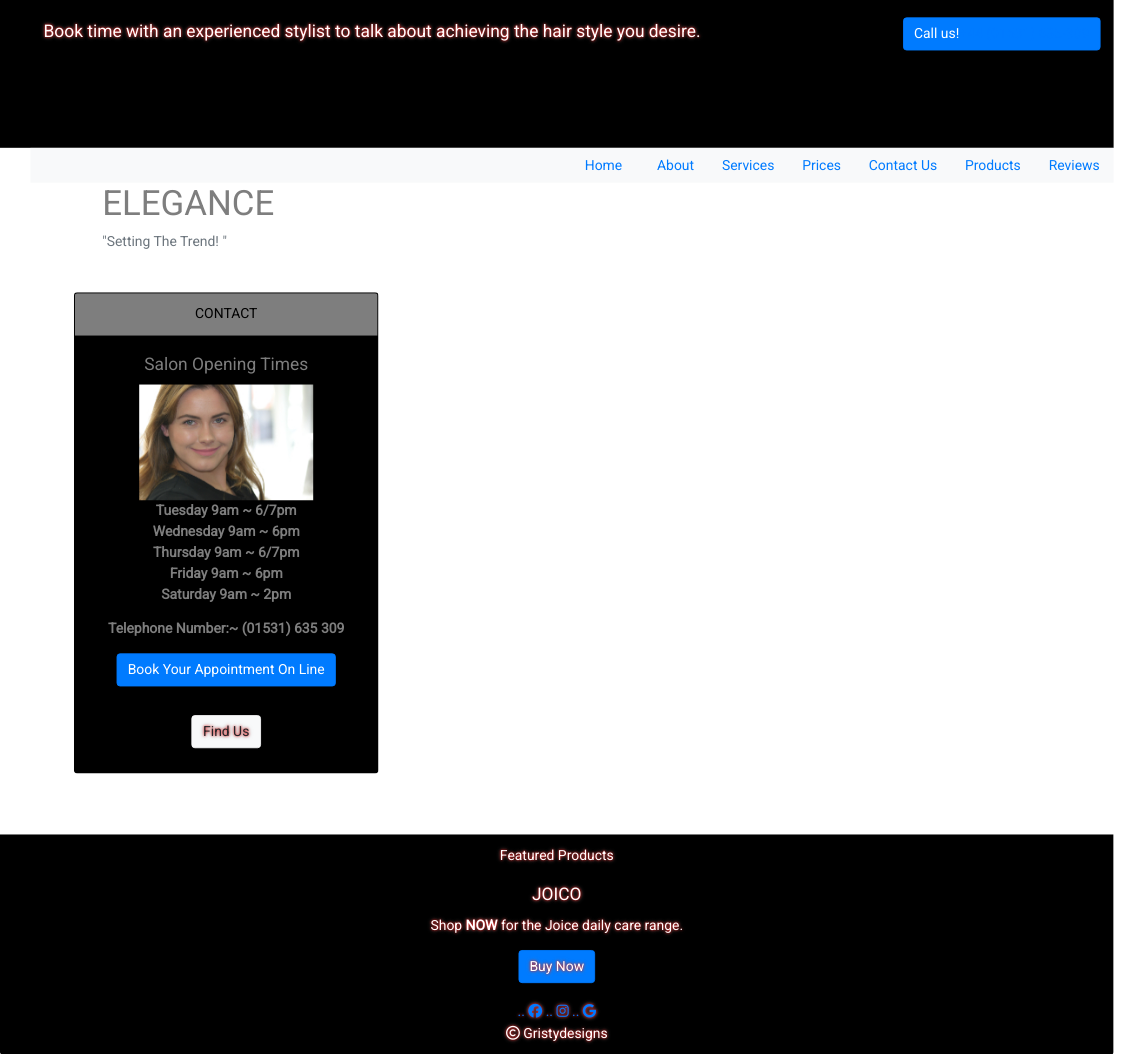
Repository: Gristydesigns/elegance-salon
Page: contact.html
The author's editor kept a record of every edit. The page is drawn from the files as they stood at one moment, then again after the next edit.
The browser window is 1280 px wide. The page is 1295 px wide, so the pictures cover 1295 px, including what lies to the right of the window. The pictures show the whole page, at 87% of full size.
Some web libraries are served in a nearby version.

Above is the page before.

After the next edit:
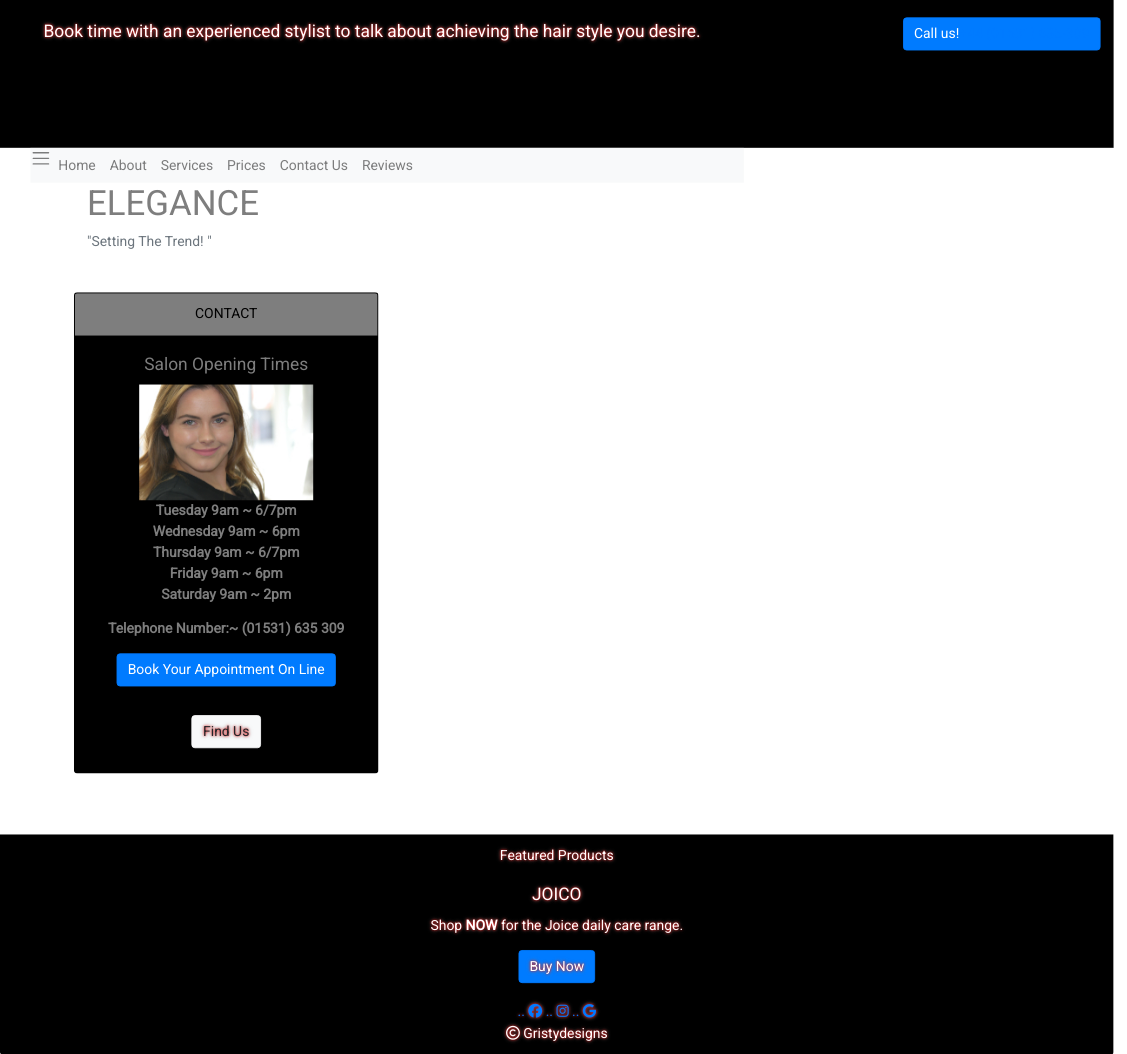
The edit:
--- a/contact.html
+++ b/contact.html
@@ -29,21 +29,30 @@
         <!--Nav Bar--------------------->
         <section class="container-nav nav-bar ">
             <div class="row ">
-                <div class="col-12 ">
-                    <div class="nav navbar-light bg-light navbar-expand-sm nav-position left>
-                    <a href=" # " class="navbar-salon "></a>
-                    <button class="navbar-toggler mr-auto " type="button " data-toggle="collapse " data-target="#navbarNavDropdown " aria-controls="navbarNavDropdown " aria-expanded="false " aria-label="Toggle navigation ">
-                                <span class="navbar-toggler-icon "></span></button>
-                    <div class="collapse navbar-collapse " id="navbarNavDropdown ">
-
-                        <ul class="nav nav-pills ml-auto ">
-                            <li class="active nav-item mr-2 "><a class="nav-link Home " href="index.html ">Home</a></li>
-                                <li class="nav-item "><a class="nav-link About " href="about.html ">About</a></li>
-                                    <li class="nav-item "><a class="nav-link Services " href="services.html ">Services</a></li>
-                                        <li class="nav-item "><a class="nav-link Prices " href="prices.html ">Prices</a></li>
-                                            <li class="nav-item "><a class="nav-link Contact us " href="contact.html ">Contact Us</a></li>
-                                                <li class="nav-item "><a class="nav-link Products " href="products.html ">Products</a></li>
-                                                    <li class="nav-item "><a class="nav-link Reviews " href="reviews.html ">Reviews</a></li>
+                <div class="col-lg-8">
+                <nav class="navbar-expand-md">
+                   <div class="nav navbar-light bg-light navbar-expand-sm nav-position right>
+                    <button class="navbar-toggler" data-toggle="collapse" data-target="#collapse_target">
+                        <span class="navbar-toggler-icon"></span></button>
+                    <div class="collapse navbar-collapse" id="collapse_target">
+                    <ul class="navbar-nav justify-content-center nav-menu">
+                            <li class="nav-item">
+                                <a href="#" class="nav-link menu-item">Home</a>
+                            </li>
+                            <li class="nav-item">
+                                <a href="#" class="nav-link menu-item">About</a>
+                            </li>
+                            <li class="nav-item">
+                                <a href="#" class="nav-link menu-item">Services</a>
+                            </li>
+                            <li class="nav-item">
+                                <a href="#" class="nav-link menu-item">Prices</a>
+                            </li>
+                            <li class="nav-item">
+                                <a href="#" class="nav-link menu-item">Contact Us</a>
+                           <li class="nav-item">
+                                <a href="#" class="nav-link menu-item">Reviews</a>
+                            </li>
                         </ul>
                     </div>
                 </div>
@@ -51,7 +60,7 @@
             </div>
             </div>
             </div>
-
+            </section>
             <!--logo------------------------->
             <section class="container logo ">
                 <div class=" col-12 col-md-4 ">
